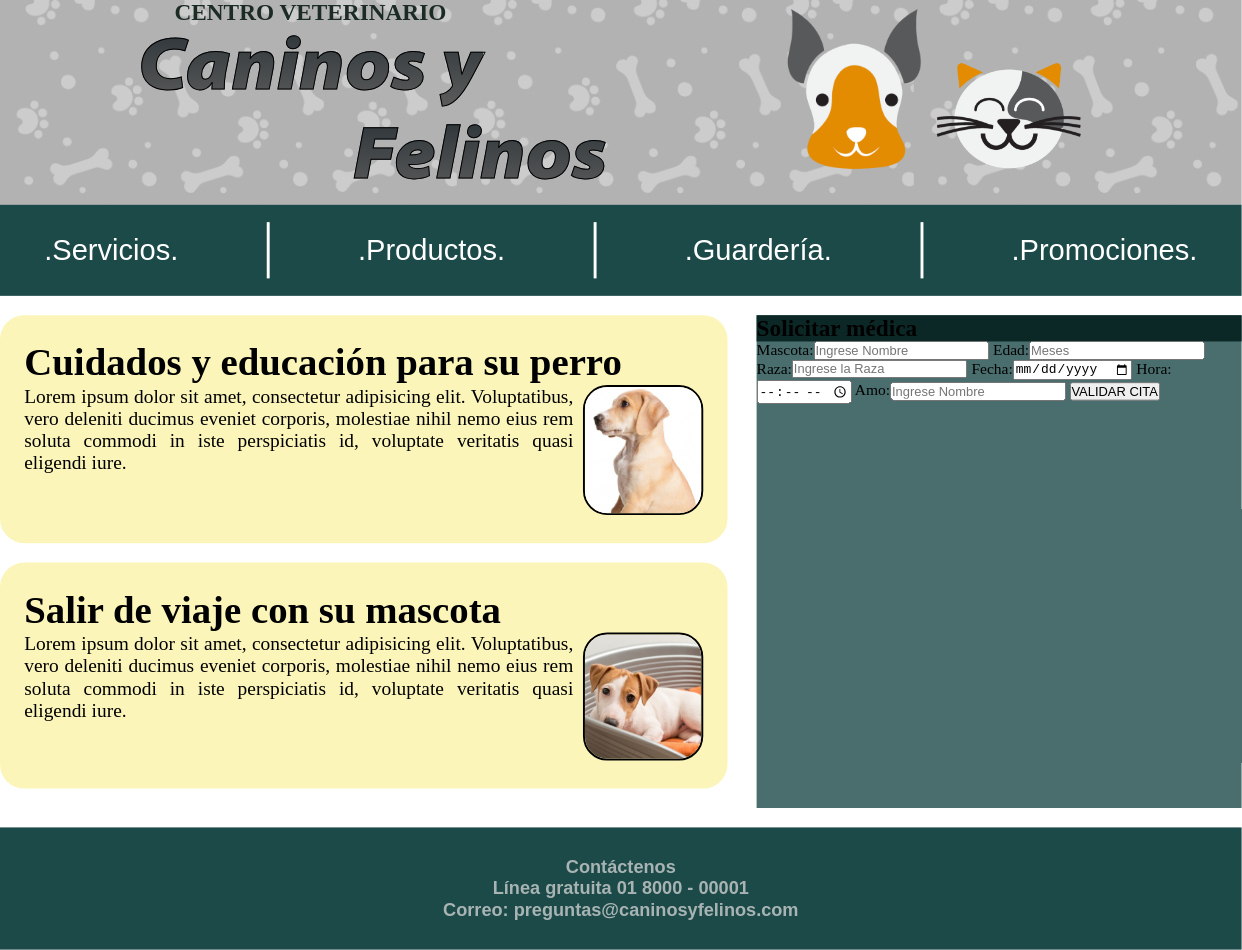
Repository: mariomr87/senaweb01
Page: principal.html
These files come from the project's save history. The page is drawn as it stood at one moment and after the next save; the edit follows.
The browser window is 1280 px wide. The pictures show the whole page, at 97% of full size.

Above is the page before, as saved 2021-10-23 10:37:44.

After the next save:
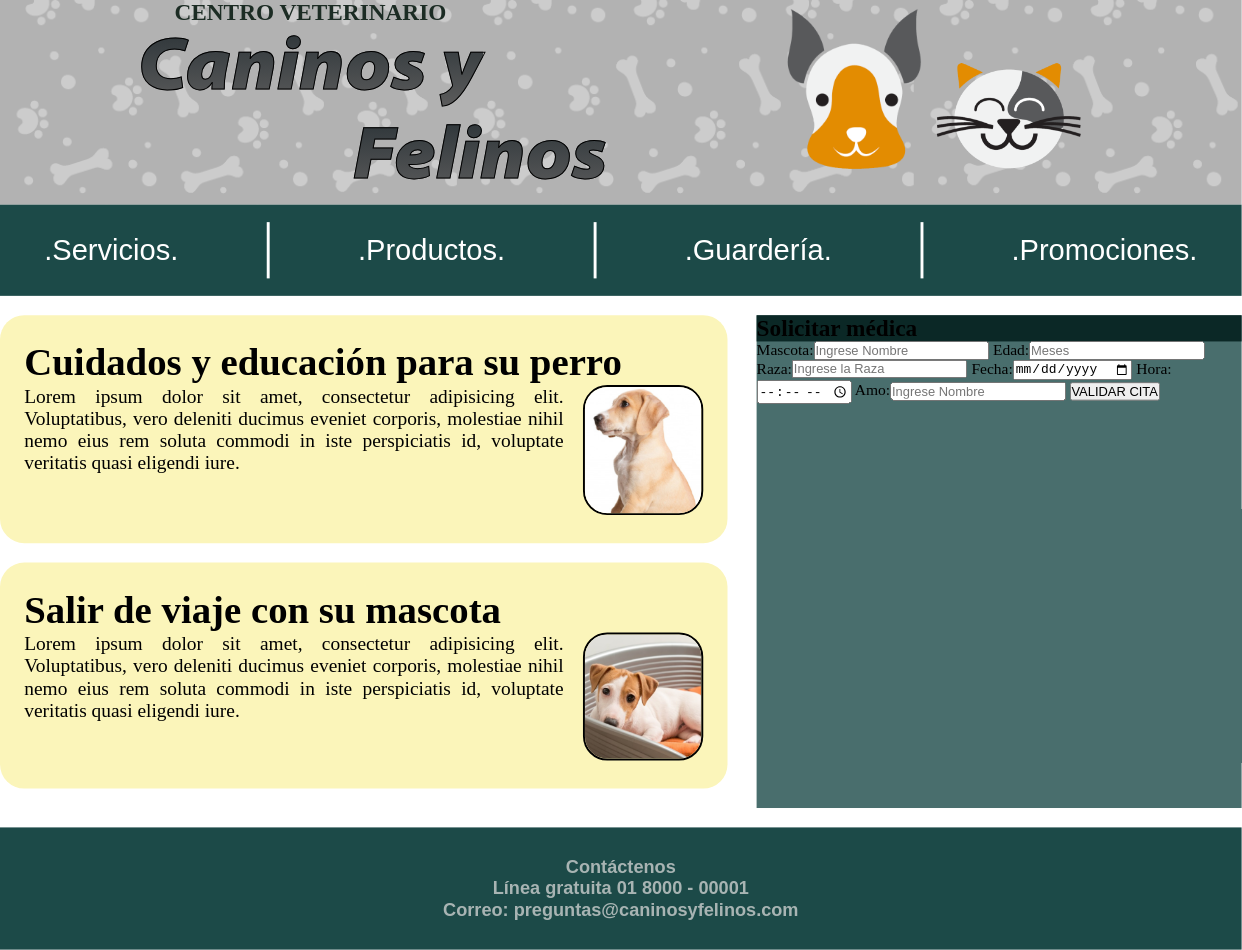
Saved 5 s later.
--- a/estilos.css
+++ b/estilos.css
@@ -97,7 +97,7 @@ article h2{
 article p{
     font-size: 20px;
     text-align: justify;
-    padding-right: 10px;
+    padding-right: 20px;
 }
 
 article div img {
